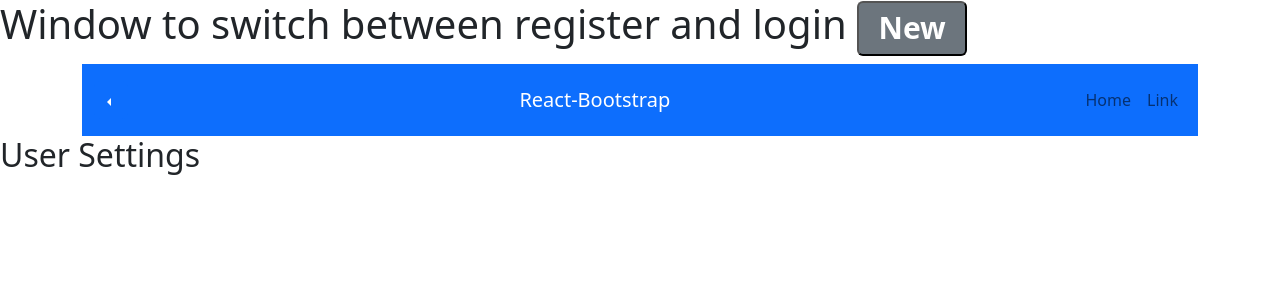
Repository: christenis98/RealWorldApp
Page: / (app in bank-frontend/)
An editor plug-in stored every save of this project. The page is shown before and after the next save, followed by the edit.
The browser window is 1280 px wide. The pictures show the whole page.
The project was rebuilt for these pictures with package versions that can differ from the ones it lists, and the page was loaded fresh each time. Also part of the build but not shown: bank-frontend/src/App.css.

Above is the page before, as saved 2022-11-24 12:03:50.

### bank-frontend/src/App.js
import logo from './logo.svg';
import './App.css';
import Badge from 'react-bootstrap/Badge'
import DropStartComponent from './js/DropStartComponent';
import UserSettings from './js/UserSettings';


function App() {
  return (
    <div>
    <h1>
      Window to switch between register and login{' '}
      <Badge bg="secondary" as="Button">
        New
      </Badge>
    </h1>
    <DropStartComponent/>
    <UserSettings/>
  </div>
  );
}

export default App;

### bank-frontend/src/js/DropStartComponent.js
import Dropdown from "react-bootstrap/Dropdown";
import DropdownButton from "react-bootstrap/DropdownButton";
import Nav from "react-bootstrap/Nav";
import Navbar from "react-bootstrap/Navbar";
import NavDropdown from "react-bootstrap/NavDropdown";
import Container from "react-bootstrap/Container";

const DropStartComponent = () => {
  return (
    <Container>
      <Navbar bg="primary" variant="dark" expand="lg">
        <Container>
          <DropdownButton
            key={"start"}
            id={`dropdown-button-drop-${"start"}`}
            drop={"start"}
            variant="primary"
          >
            <Dropdown.Item eventKey="1">Action</Dropdown.Item>
            <Dropdown.Item eventKey="2">Another action</Dropdown.Item>
            <Dropdown.Item eventKey="3">Something else here</Dropdown.Item>
            <Dropdown.Divider />
            <Dropdown.Item eventKey="4">Separated link</Dropdown.Item>
          </DropdownButton>
          <Navbar.Brand href="#home">React-Bootstrap</Navbar.Brand>
          <Navbar.Toggle aria-controls="basic-navbar-nav" />
          <Navbar id="basic-navbar-nav">
            <Nav className="me-auto">
              <Nav.Link href="#home">Home</Nav.Link>
              <Nav.Link href="#link">Link</Nav.Link>
            </Nav>
          </Navbar>
        </Container>
      </Navbar>
    </Container>
  );
};

export default DropStartComponent;

### bank-frontend/src/js/UserSettings.jsx
import React from 'react'

function UserSettings() {
  return (
    <div class="d-flex flex-column bd-highlight mb-3">
        <h2>User Settings</h2>
        <div class="d-flex flex-row bd-highlight mb-3">

        </div>

    </div>
  )
}


export default UserSettings;

Loaded but not shown: bank-frontend/public/index.html (common file); bank-frontend/src/index.js (common file); bank-frontend/src/index.css (common file); bank-frontend/src/reportWebVitals.js (common file)

After the next save:
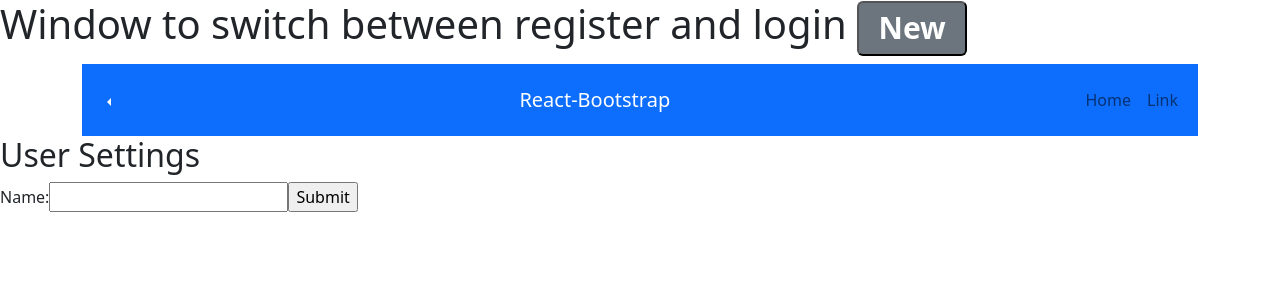
Saved 12 min 12 s later.
--- a/bank-frontend/src/js/UserSettings.jsx
+++ b/bank-frontend/src/js/UserSettings.jsx
@@ -1,15 +1,20 @@
 import React from 'react'
 
 function UserSettings() {
-  return (
-    <div class="d-flex flex-column bd-highlight mb-3">
-        <h2>User Settings</h2>
-        <div class="d-flex flex-row bd-highlight mb-3">
+    return (
+        <div class="d-flex flex-column bd-highlight mb-3">
+            <h2>User Settings</h2>
+            <div class="d-flex flex-row bd-highlight mb-3">
+                <i class="bi bi-person-fill-gear"></i>
+                <label>
+                    Name:
+                    <input type="text" name="name" />
+                </label>
+                <input type="submit" value="Submit" />
+            </div>
 
         </div>
-
-    </div>
-  )
+    )
 }
 
 
